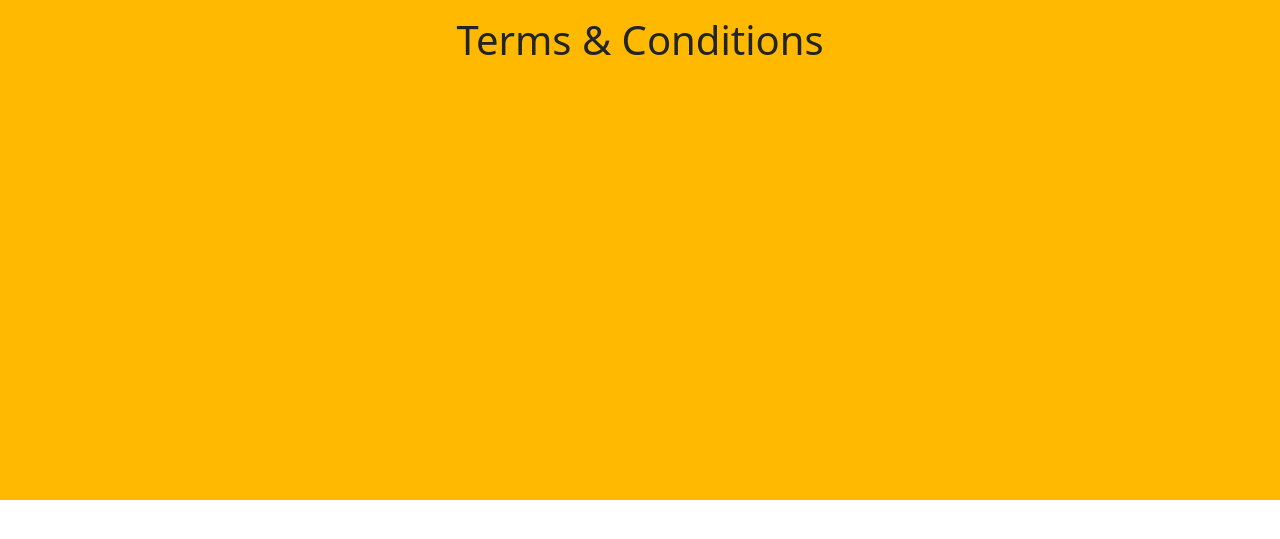
Repository: injectGroup/github.io
Page: terms.html
These files come from the project's save history. The page is drawn as it stood at one moment and after the next save; the edit follows.
The browser window is 1280 px wide. The pictures show the whole page.

Above is the page before, as saved 2023-11-29 12:46:52.

After the next save:
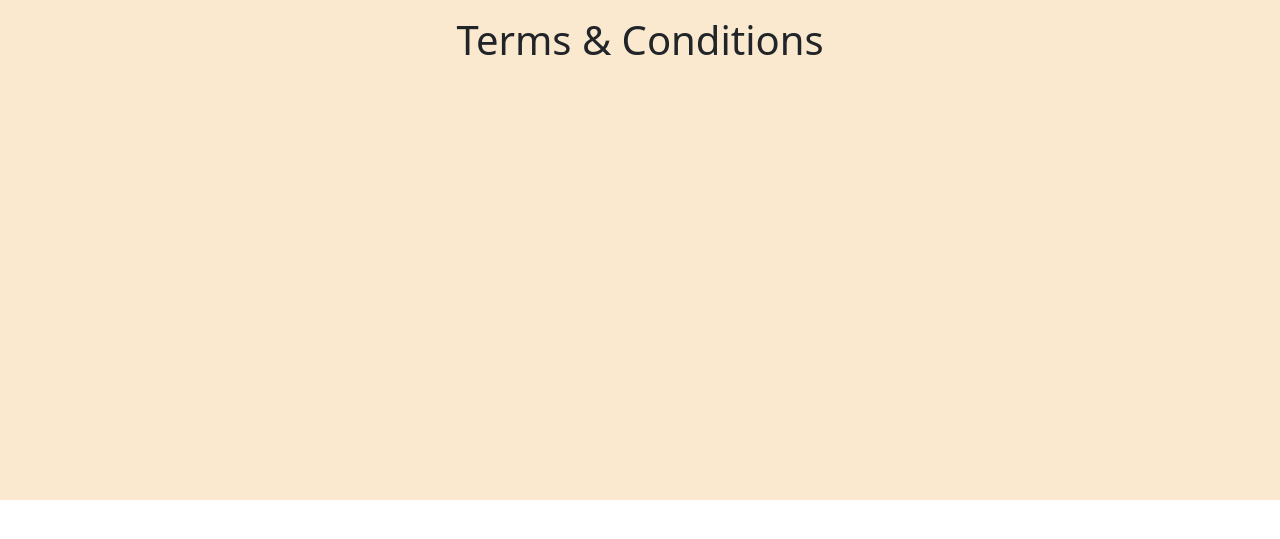
Saved 31 s later.
--- a/gouldwalletlegal/css/gouldcustom.css
+++ b/gouldwalletlegal/css/gouldcustom.css
@@ -8,7 +8,7 @@
  *********** HEAD ***********
  *****************************/
 .terms-content {
-    background-color: #FFB900;
+    background-color: #FAE9CE;
     padding: 16px 0px 16px 0px;
     height: 500px;
     width: 100%;
